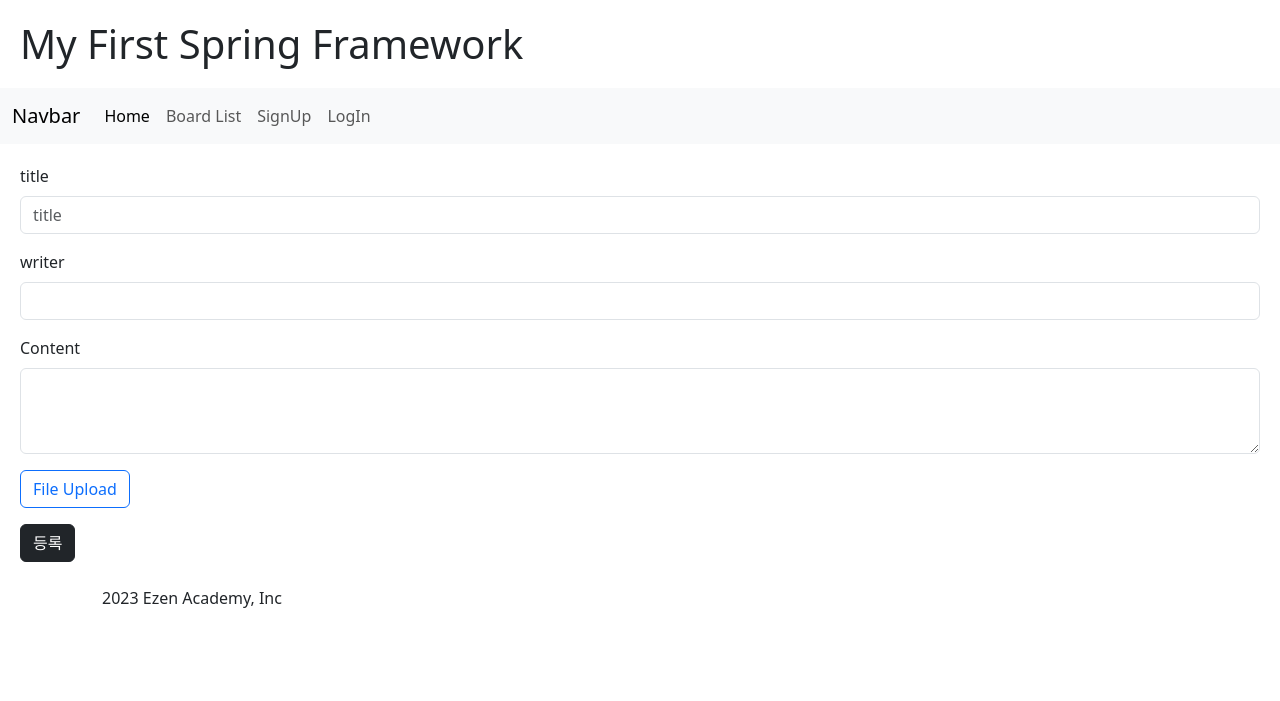
Repository: dhalfks/20231121_SpringSecurity3
Page: http://localhost/springProject/WEB-INF/views/board/register.jsp
These files come from the project's save history. The page is drawn as it stood at one moment and after the next save; the edit follows.
The browser window is 1280 px wide. The pictures show the whole page.
The page is served by Tomcat 9. Nobody is signed in. The template is opened directly, without the code that normally fills it, so the values that code supplies are empty.

Above is the page before, as saved 2023-11-17 11:29:59.
Console error: TypeError: Cannot read properties of null (reading 'addEventListener')

After the next save:
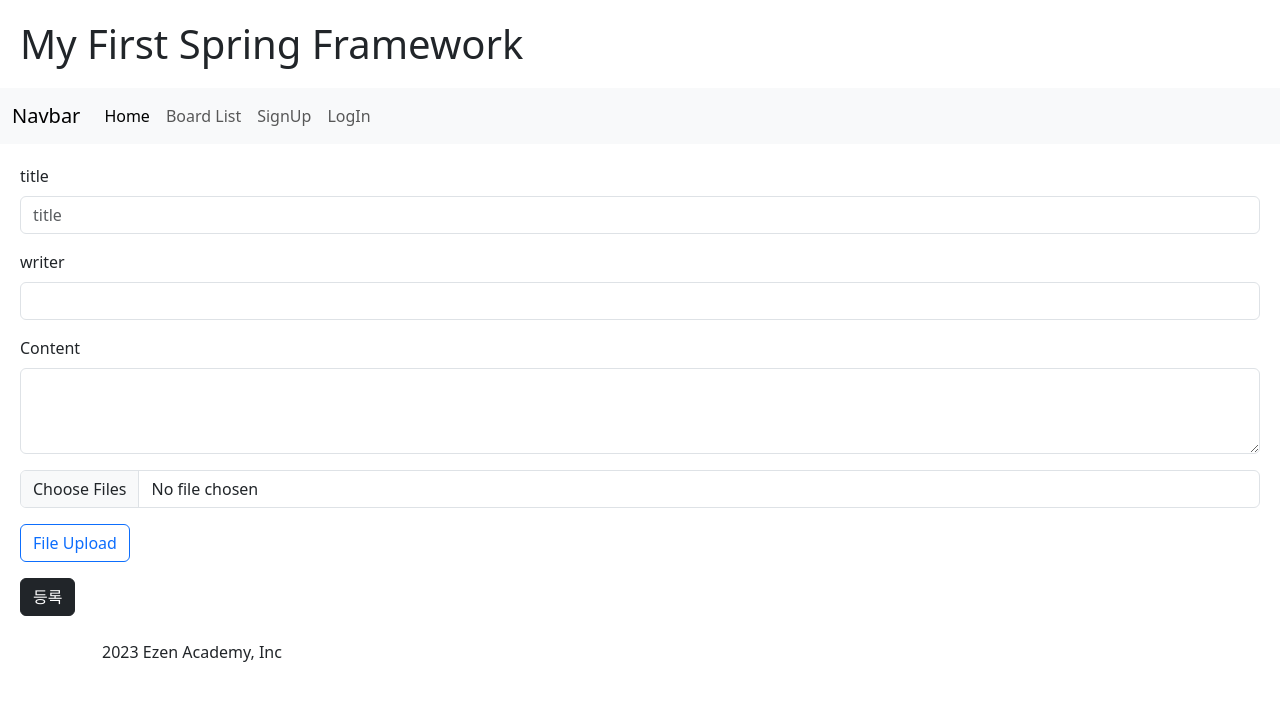
Saved 42 s later.
--- a/springProject/src/main/webapp/WEB-INF/views/board/register.jsp
+++ b/springProject/src/main/webapp/WEB-INF/views/board/register.jsp
@@ -26,7 +26,7 @@
 	  <textarea class="form-control" name="content" id="c" rows="3"></textarea>
 	</div>
 	<div class="mb-3">
-	  <input type="file" class="form-control" name="files" id="files" style="display:none;" multiple="multiple">
+	  <input type="file" class="form-control" name="files" id="files" multiple="multiple">
 	  </div>
 	<div class="mb-3">
 	  <input type="file" class="form-control" name="files" id="files" style="display:none;" multiple="multiple">
